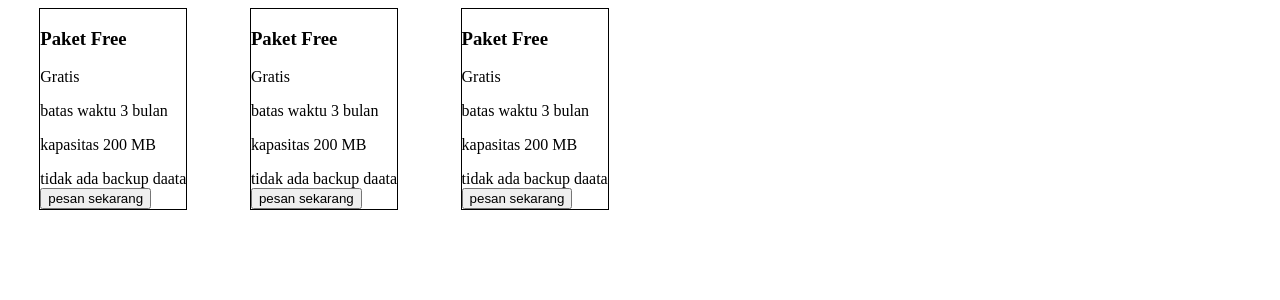
Repository: AHSANS354/tugas-sib5
Page: tugas css/index.html
These files come from the project's save history. The page is drawn as it stood at one moment and after the next save; the edit follows.
The browser window is 1280 px wide. The pictures show the whole page.

Above is the page before, as saved 2023-08-29 14:59:04.

### tugas css/index.html
<!DOCTYPE html>
<html lang="en">
  <head>
    <meta charset="UTF-8" />
    <meta name="viewport" content="width=device-width, initial-scale=1.0" />
    <title>Tugas css eksternal</title>
    <link rel="stylesheet" href="style.css" />
  </head>
  <body>
    <!-- <table>
      <tr>
        <th>
          <p>paket free</p>
          <p>gratis</p>
        </th>
        <th>
          <p>paket premium</p>
          <p>rp.350.000,-</p>
        </th>
        <th>
          <p>paket profesional</p>
          <p>rp.500.000,-</p>
        </th>
      </tr>
      <tr>
        <td>batas waktu 3 bulan</td>
        <td>batas waktu 1 tahun</td>
        <td>batas waktu 2 tahun</td>
      </tr>
      <tr>
        <td>kapasitas 200 MB</td>
        <td>kapasitas 1GB</td>
        <td>kapasitas 3GB</td>
      </tr>
      <tr>
        <td>tidak ada backup data</td>
        <td>dilengkapi backup data</td>
        <td>dilengkapi backup data</td>
      </tr>
      <tr>
        <td>pesan sekarang</td>
        <td>pesan sekarang</td>
        <td>bonus domain</td>
      </tr>
      <tr>
        <td colspan="2"></td>
        <td>pesan sekarang</td>
      </tr>
    </table> -->
    <div class="container">
      <div class="row">
        <div class="col">
          <div class="card">
            <div class="header">
              <div>
                <h3>Paket Free</h3>
              </div>
              <div>
                <p>Gratis</p>
              </div>
            </div>
            <div class="content">
              <div>
                <p>batas waktu 3 bulan</p>
              </div>
              <div>
                <p>kapasitas 200 MB</p>
              </div>
              <div>tidak ada backup daata</div>
              <div>
                <button type="button">pesan sekarang</button>
              </div>
            </div>
          </div>
          <div class="card">
            <div class="header">
              <div>
                <h3>Paket Free</h3>
              </div>
              <div>
                <p>Gratis</p>
              </div>
            </div>
            <div class="content">
              <div>
                <p>batas waktu 3 bulan</p>
              </div>
              <div>
                <p>kapasitas 200 MB</p>
              </div>
              <div>tidak ada backup daata</div>
              <div>
                <button type="button">pesan sekarang</button>
              </div>
            </div>
          </div>
          <div class="card">
            <div class="header">
              <div>
                <h3>Paket Free</h3>
              </div>
              <div>
                <p>Gratis</p>
              </div>
            </div>
            <div class="content">
              <div>
                <p>batas waktu 3 bulan</p>
              </div>
              <div>
                <p>kapasitas 200 MB</p>
              </div>
              <div>tidak ada backup daata</div>
              <div>
                <button type="button">pesan sekarang</button>
              </div>
            </div>
          </div>
        </div>
      </div>
    </div>
  </body>
</html>

### tugas css/style.css
th {
  border: 2px solid #000;
}

td {
  border: 2px solid #000;
}

.card {
  border: 1px solid black;
}

.row {
  width: 50%;
}

.col {
  display: flex;
  justify-content: space-around;
}

After the next save:
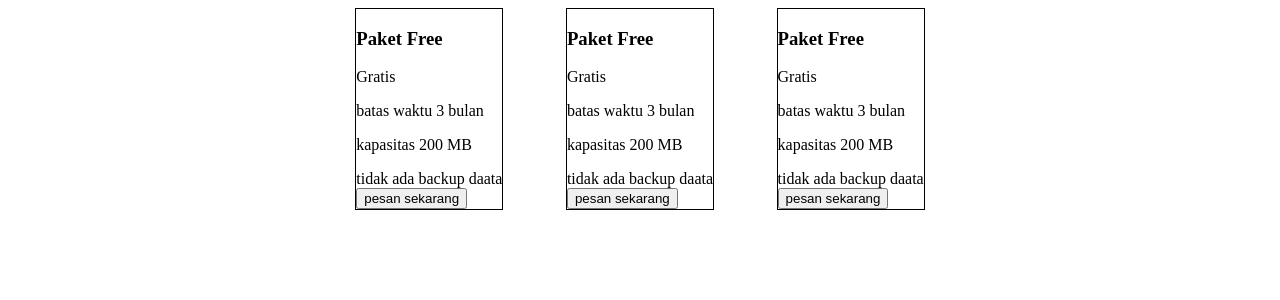
Saved 30 s later.
--- a/tugas css/style.css
+++ b/tugas css/style.css
@@ -10,6 +10,11 @@ td {
   border: 1px solid black;
 }
 
+.container {
+  display: flex;
+  justify-content: center;
+}
+
 .row {
   width: 50%;
 }
